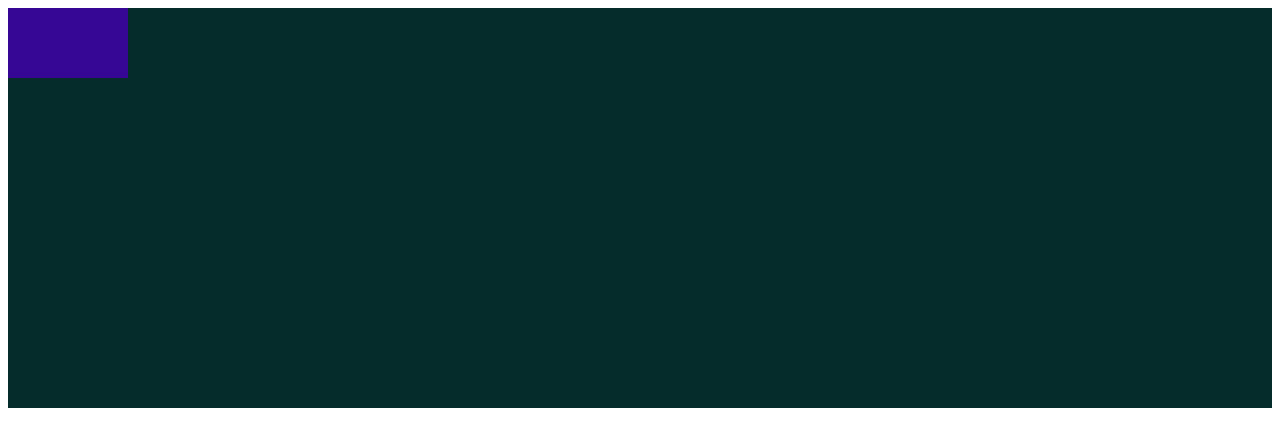
Repository: nmaury/TpsCambodge
Page: InternetProgramming/Css/sample.html
These files come from the project's save history. The page is drawn as it stood at one moment and after the next save; the edit follows.
The browser window is 1280 px wide. The pictures show the whole page.

Above is the page before, as saved 2022-12-06 01:48:25.

### InternetProgramming/Css/sample.html
<!DOCTYPE html>
<html>
<head>
    <link rel="stylesheet" href="sample.css">
</head>
<body>
    <div class="parent">
        <div class="item">
        </div>
    </div>
</body>
</html>

### InternetProgramming/Css/sample.css
.item{
    background-color: rgb(54,7,148);
    padding : 10px;
    width: 100px;
    height: 50px;
    color: white;
    text-align: center;
    position: relative;

}
.parent{
    background-color: rgb(6,43,43);
    width: 100%;
    height: 400px;
}

After the next save:
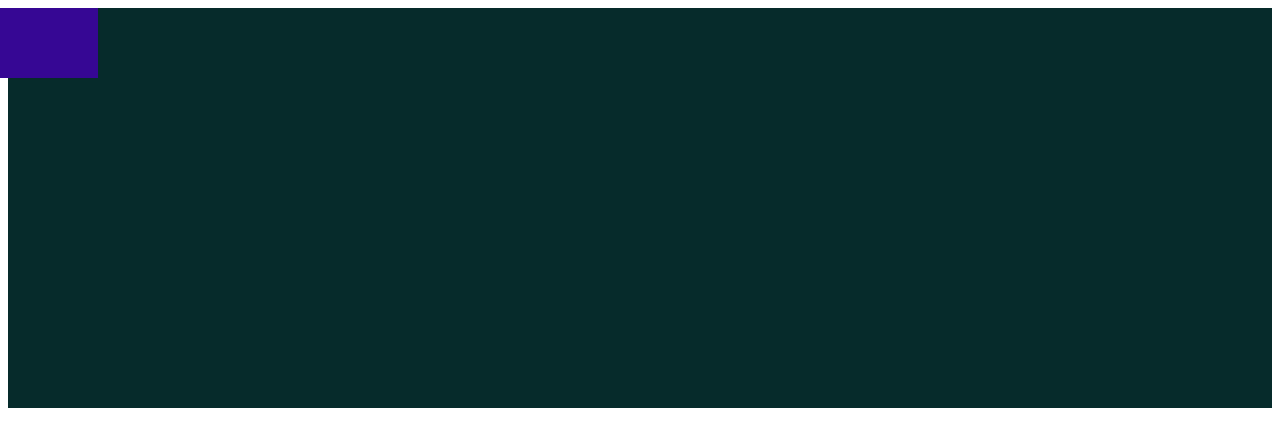
Saved 21 s later.
--- a/InternetProgramming/Css/sample.css
+++ b/InternetProgramming/Css/sample.css
@@ -6,7 +6,8 @@
     color: white;
     text-align: center;
     position: relative;
-
+    right: 30px;
+    bottom: 0px;
 }
 .parent{
     background-color: rgb(6,43,43);
